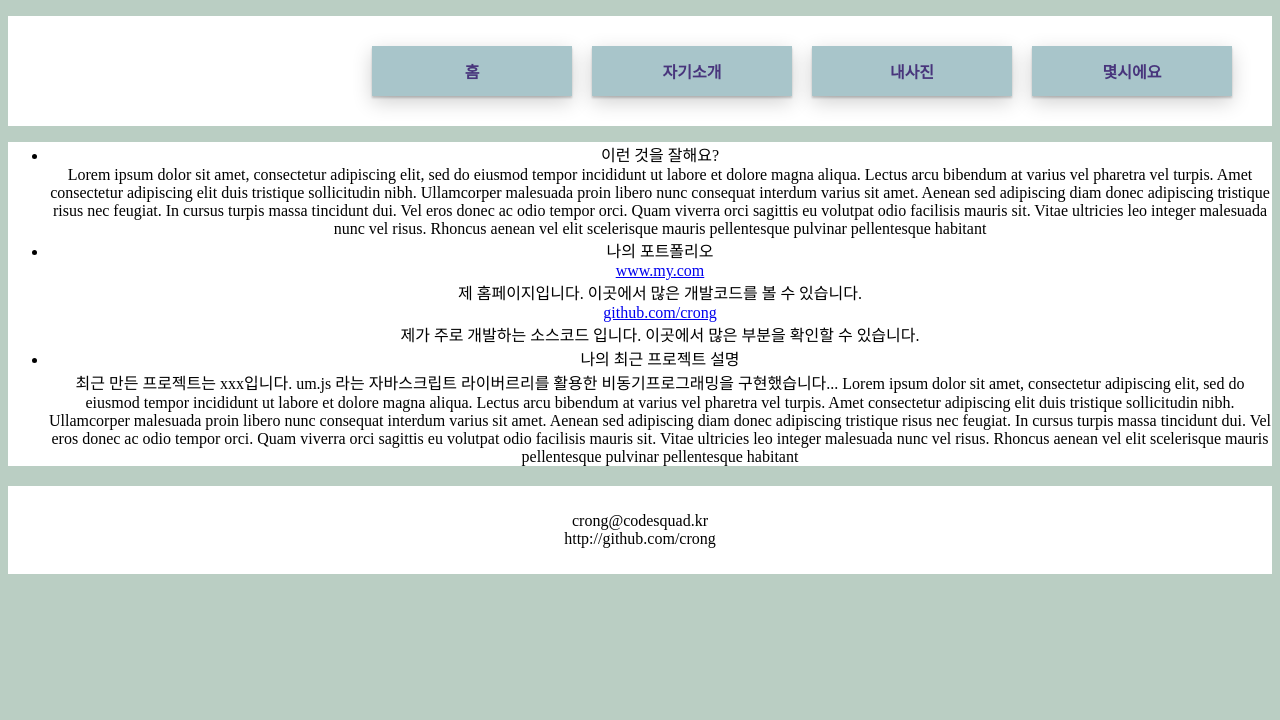
Repository: ByeongkwanNam/edwith_web
Page: eclipse-workspace/aboutme/WebContent/aboutme.html
An editor plug-in stored every save of this project. The page is shown before and after the next save, followed by the edit.
The browser window is 1280 px wide. The pictures show the whole page.

Above is the page before, as saved 2019-08-15 10:18:29.

### eclipse-workspace/aboutme/WebContent/aboutme.html
<!DOCTYPE html>
<html>

<head>
<meta charset="utf-8">
<meta name="viewport" content="width=device-width">
<title>자기 소개 페이지</title>
<link rel="stylesheet" href="index.css">

</head>

<body>
	<header>
		<nav>
			<ul>
				<li>
					<div class="nemo nav-items">홈</div>
				</li>
				<li>
					<div class="nemo nav-items">자기소개</div>
				</li>
				<li>
					<div class="nemo nav-items">내사진</div>
				</li>
				<li>
					<div class="nemo nav-items">몇시에요</div>
				</li>
			</ul>
		</nav>
	</header>

	<section>
		<ul>
			<li>
				<div class="paragraph">
					<span class="title">이런 것을 잘해요?</span> <br /> <span class="desc">Lorem
						ipsum dolor sit amet, consectetur adipiscing elit, sed do eiusmod
						tempor incididunt ut labore et dolore magna aliqua. Lectus arcu
						bibendum at varius vel pharetra vel turpis. Amet consectetur
						adipiscing elit duis tristique sollicitudin nibh. Ullamcorper
						malesuada proin libero nunc consequat interdum varius sit amet.
						Aenean sed adipiscing diam donec adipiscing tristique risus nec
						feugiat. In cursus turpis massa tincidunt dui. Vel eros donec ac
						odio tempor orci. Quam viverra orci sagittis eu volutpat odio
						facilisis mauris sit. Vitae ultricies leo integer malesuada nunc
						vel risus. Rhoncus aenean vel elit scelerisque mauris pellentesque
						pulvinar pellentesque habitant</span>
				</div>
			</li>

			<li>
				<div class="paragraph">
					<span class="title">나의 포트폴리오</span> <br /> <span class="desc">
						<div class="desc-depth-one">
							<a href="#">www.my.com</a> <br /> <span>제 홈페이지입니다. 이곳에서
								많은 개발코드를 볼 수 있습니다.</span>
						</div>
						<div class="desc-depth-one">
							<a href="#">github.com/crong</a> <br /> <span>제가 주로 개발하는
								소스코드 입니다. 이곳에서 많은 부분을 확인할 수 있습니다.</span>
						</div>
					</span>
				</div>
			</li>

			<li>
				<div class="paragraph">
					<span class="title">나의 최근 프로젝트 설명</span> <br /> <span class="desc">최근
						만든 프로젝트는 xxx입니다. um.js 라는 자바스크립트 라이버르리를 활용한 비동기프로그래밍을 구현했습니다...
						Lorem ipsum dolor sit amet, consectetur adipiscing elit, sed do
						eiusmod tempor incididunt ut labore et dolore magna aliqua. Lectus
						arcu bibendum at varius vel pharetra vel turpis. Amet consectetur
						adipiscing elit duis tristique sollicitudin nibh. Ullamcorper
						malesuada proin libero nunc consequat interdum varius sit amet.
						Aenean sed adipiscing diam donec adipiscing tristique risus nec
						feugiat. In cursus turpis massa tincidunt dui. Vel eros donec ac
						odio tempor orci. Quam viverra orci sagittis eu volutpat odio
						facilisis mauris sit. Vitae ultricies leo integer malesuada nunc
						vel risus. Rhoncus aenean vel elit scelerisque mauris pellentesque
						pulvinar pellentesque habitant</span>
				</div>
			</li>
		</ul>
	</section>

	<footer>
		<p>
			<span>crong@codesquad.kr</span> <br> <span>http://github.com/crong</span>
		</p>
	</footer>

</body>

</html>

### eclipse-workspace/aboutme/WebContent/index.css
body {
	background-color: rgb(186, 206, 195)
}

header, footer, section {
	background-color: white;
	text-align: center;
}

nav>ul {
	display: flex;
	justify-content: flex-end;
	margin-right: 30px;
}

nav>ul>li {
	display: inline-block;
	margin: 30px 10px;
}

.nav-items {
	color: rgb(72, 53, 124);
	width: 200px;
	height: 50px;
}

ul li:hover, .my-info {
	cursor: pointer;
}

.nemo {
	display: table-cell;
	text-align: center;
	vertical-align: middle;
	background-color: rgb(168, 197, 202);
	box-shadow: 0 2px 2px 0 rgba(0, 0, 0, 0.2), 0 6px 20px 0
		rgba(0, 0, 0, 0.19);
	font-weight: bold;
}

span.my-info-title {
	font-size: 40px;
	font-weight: bold;
}

article.intro {
	padding-top: 50px;
}

article.middle {
	display: table;
	margin: 0 auto;
	border-spacing: 25px 10px;
}

article>.my-info {
	color: white;
	font-size: 20px;
	width: 130px;
	height: 130px;
}

article.outer {
	padding: 10px 0px 20px 0px;
}

img {
	width: 720px;
	height: 720px;
}

footer {
	padding: 10px;
	margin-top: 20px;
}

### eclipse-workspace/aboutme/WebContent/aboutme.css
body {
	background-color: rgb(186, 206, 195)
}

header, footer, section {
	background-color: white;
}

nav>ul {
	display: flex;
	justify-content: flex-end;
	margin-right: 30px;
}

nav>ul>li {
	display: inline-block;
	margin: 30px 10px;
}

.nav-items {
	color: rgb(72, 53, 124);
	width: 200px;
	height: 50px;
}

nav ul li:hover, .my-info {
	cursor: pointer;
}

.nemo {
	display: table-cell;
	text-align: center;
	vertical-align: middle;
	background-color: rgb(168, 197, 202);
	box-shadow: 0 2px 2px 0 rgba(0, 0, 0, 0.2), 0 6px 20px 0
		rgba(0, 0, 0, 0.19);
	font-weight: bold;
}

section>ul {
	display: inline-block;
	list-style: none;
}

.paragraph {
	padding: 30px;
}

.title {
	font-size: 30px;
	font-weight: bold;
}

.desc-depth-one {
	padding: 0px 0 10px 0;
}

footer {
	text-align: center;
	padding: 10px;
	margin-top: 20px;
}

After the next save:
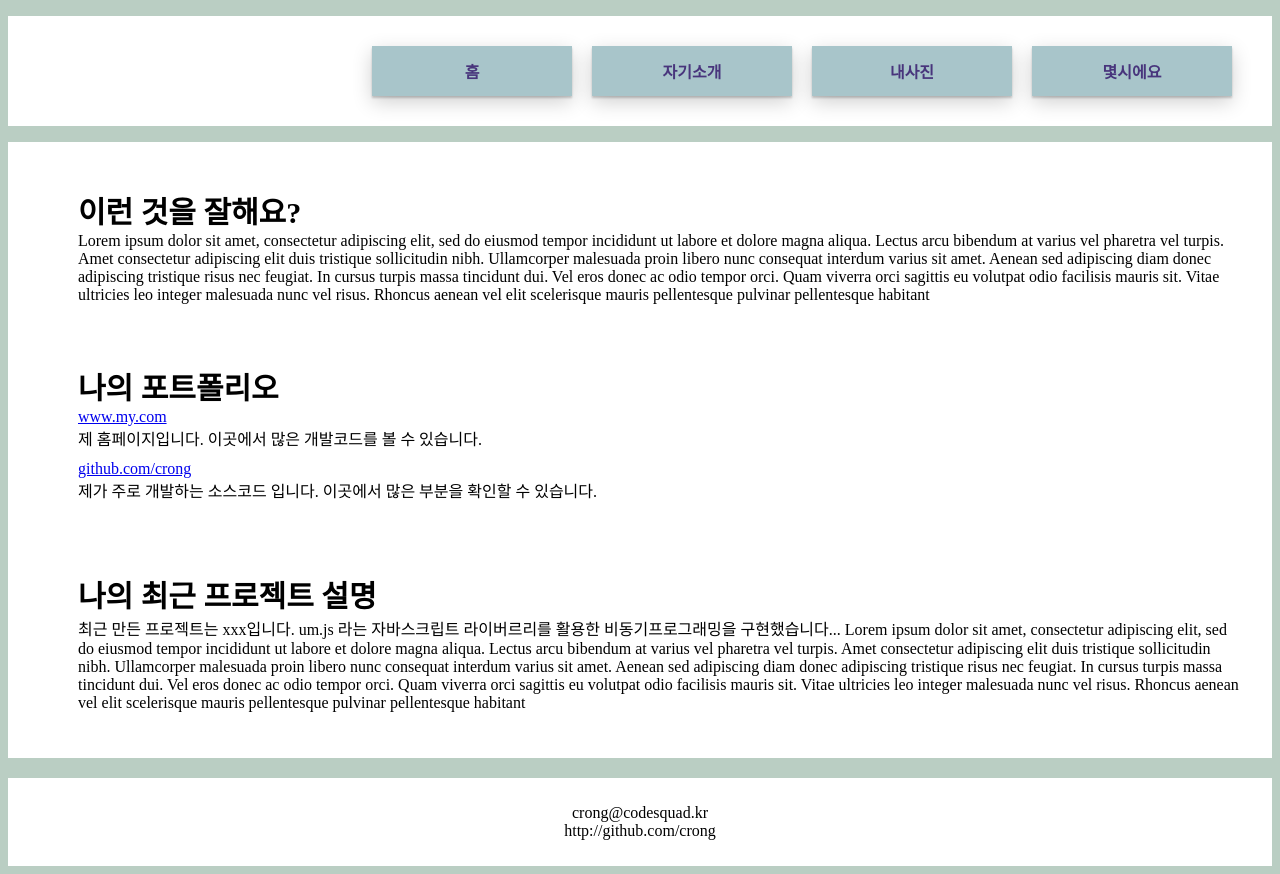
Saved 6 s later.
--- a/eclipse-workspace/aboutme/WebContent/aboutme.html
+++ b/eclipse-workspace/aboutme/WebContent/aboutme.html
@@ -5,7 +5,7 @@
 <meta charset="utf-8">
 <meta name="viewport" content="width=device-width">
 <title>자기 소개 페이지</title>
-<link rel="stylesheet" href="index.css">
+<link rel="stylesheet" href="aboutme.css">
 
 </head>
 
